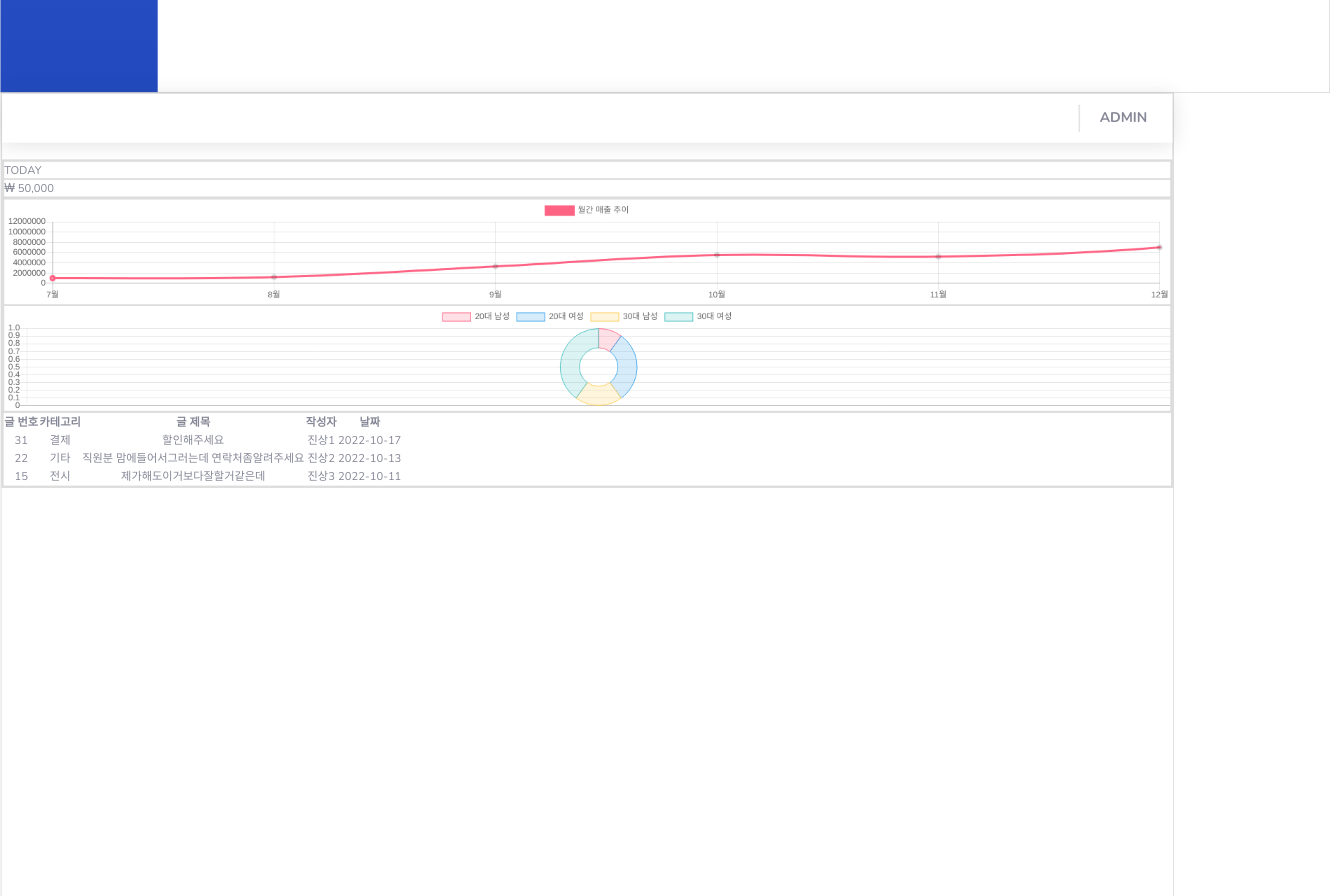
Repository: pshysd/SEMI_PROJECT
Page: http://localhost/JVArtCenter/views/admin/adminMain.jsp
An editor plug-in stored every save of this project. The page is shown before and after the next save, followed by the edit.
The browser window is 1280 px wide. The page is 1900 px wide, so the pictures cover 1900 px, including what lies to the right of the window. The pictures show the part of the page from y = 2267 to 3547 px (the page is 4797 px tall), at 70% of full size.
Some web libraries are served in a nearby version. The page is served by Tomcat 9. Nobody is signed in. The application's start-up code is not run. Other server files are loaded and not shown.

Above is the page before, as saved 2022-10-27 09:01:15.
Console error: TypeError: Cannot read properties of null (reading 'length')

### JVArtCenter/WebContent/views/admin/adminMain.jsp
<%@ page language="java" contentType="text/html; charset=UTF-8"
	pageEncoding="UTF-8"%>
<!DOCTYPE html>
<html lang="en">

<head>
<meta charset="utf-8">
<meta http-equiv="X-UA-Compatible" content="IE=edge">
<meta name="viewport"
	content="width=device-width, initial-scale=1, shrink-to-fit=no">
<meta name="description" content="">
<meta name="author" content="">

<title>JV 관리자 페이지</title>

<!-- JQuery CDN -->
<script src="http://code.jquery.com/jquery-latest.min.js"></script>

<!-- chart.js CDN (차트 api) -->
<script
	src="https://cdnjs.cloudflare.com/ajax/libs/Chart.js/2.4.0/Chart.min.js"></script>

<!-- swiper.js CDN (이미지 스와이프 api) -->
<link rel="stylesheet"
	href="https://unpkg.com/swiper/swiper-bundle.min.css" />
<!-- <script src="https://unpkg.com/swiper/swiper-bundle.min.js"></script> -->

<!-- 아이콘/글씨체 링크-->
<link href="../../resources/vendor/fontawesome-free/css/all.min.css"
	rel="stylesheet" type="text/css">
<link
	href="https://fonts.googleapis.com/css?family=Nunito:200,200i,300,300i,400,400i,600,600i,700,700i,800,800i,900,900i"
	rel="stylesheet">

<!-- CSS -->
<link href="../../resources/css/sb-admin-2.min.css" rel="stylesheet">

<style>
/* ---------- 전체 스타일 ---------- */
/* 영역 사이즈 고정 */
.wrapper {
	width: 1900px;
	/* 각자 필요한 길이만큼 height 속성값 수정해서 길이 조정 */
	height: 2400px;
}

/* 완성하면 지워야됨 */
div {
	border: 1px solid lightgrey;
}

/* 완성하면 지워야됨 */

/* 1:1문의 커서 갖다대면 바뀌는거 */
.qnaTitle:hover {
	cursor: pointer;
	font-weight: bold;
}

#content-wrapper #accordionSidebar {
	width: 224px;
}

#content-wrapper {
	width: 1676px;
}

#accordionSidebar, #content-wrapper {
	float: left;
	height: 100%;
}
</style>
</head>

<body>
	<div class="wrapper">

		<%@ include file="adminSidebar.jsp"%>

		<!-- Content Wrapper -->
		<div id="content-wrapper" class="d-flex flex-column">

			<!-- content 영역 시작 -->
			<div id="content">

				<%@ include file="adminTopbar.jsp"%>

				<div id="admin_contents">
					<!-- 첫번째 줄 // 뭔 매출이였지 일단 오늘 -->
					<div class="rows">
						<div id="today">TODAY</div>
						<div id="todayee">₩ 50,000</div>
					</div>

					<!-- 두번째 줄 // 월간 매출, 성별별 통계 -->
					<div class="rows">
						<div class="barChart">
							<canvas id="perMonth"></canvas>
						</div>
						<div class="circleChart">
							<canvas id="gender"></canvas>
						</div>
					</div>
					<!-- 차트 js영역 -->
					<script type="text/javascript">
									var lineContext = document.getElementById('perMonth')
										.getContext('2d');
									var perMonth = new Chart(lineContext, {
										type: 'line', // 차트의 형태
										data: { // 차트에 들어갈 데이터
											labels: [
												//x 축
												'7월', '8월', '9월', '10월', '11월', '12월'],
											datasets: [{ //데이터
												label: '월간 매출 추이', //차트 제목
												fill: false, // line 형태일 때, 선 안쪽을 채우는지 안채우는지
												data: [1000000, 1200000, 3300000,
													5500000, 5200000, 7000000, 12000000 //x축 label에 대응되는 데이터 값
												],
												backgroundColor: [
													//색상
													'rgba(255, 99, 132, 0.2)'],
												borderColor: [
													//경계선 색상
													'rgba(255, 99, 132, 1)'],
												//경계선 굵기
												borderWidth: 3
											}]
										},
										options: {
											maintainAspectRatio: false,
											scales: {
												yAxes: [{
													ticks: {
														beginAtZero: true
													}
												}]
											}
										}
									});
									var CircleContext = document.getElementById('gender')
										.getContext('2d');
									var gender = new Chart(CircleContext, {
										type: 'doughnut', // 차트의 형태
										data: { // 차트에 들어갈 데이터
											labels: [
												//x 축
												'20대 남성', '20대 여성', '30대 남성', '30대 여성'],
											datasets: [{ //데이터
												label: '성별별 예매율', //차트 제목
												fill: false, // line 형태일 때, 선 안쪽을 채우는지 안채우는지
												data: [10, 30, 20, 40 //x축 label에 대응되는 데이터 값
												],
												backgroundColor: [
													//색상
													'rgba(255, 99, 132, 0.2)',
													'rgba(54, 162, 235, 0.2)',
													'rgba(255, 206, 86, 0.2)',
													'rgba(75, 192, 192, 0.2)',
													'rgba(153, 102, 255, 0.2)',
													'rgba(255, 159, 64, 0.2)'],
												borderColor: [
													//경계선 색상
													'rgba(255, 99, 132, 1)',
													'rgba(54, 162, 235, 1)',
													'rgba(255, 206, 86, 1)',
													'rgba(75, 192, 192, 1)',
													'rgba(153, 102, 255, 1)',
													'rgba(255, 159, 64, 1)'],
												borderWidth: 1
												//경계선 굵기
											}]
										},
										options: {
											maintainAspectRatio: false,
											scales: {
												yAxes: [{
													ticks: {
														beginAtZero: true
													}
												}]
											}
										}
									});
								</script>
					<!-- 세번째 줄 // 답변 대기중인 1:1 문의
						-> 글 제목 클릭 시 상세페이지
					-->
					<div>
						<table style="text-align: center">
							<thead>
								<tr>
									<th>글 번호</th>
									<th>카테고리</th>
									<th>글 제목</th>
									<th>작성자</th>
									<th>날짜</th>
								</tr>
							</thead>
							<tbody>
								<tr>
									<td>31</td>
									<td>결제</td>
									<td class="qnaTitle">할인해주세요</td>
									<td>진상1</td>
									<td>2022-10-17</td>
								</tr>
								<tr>
									<td>22</td>
									<td>기타</td>
									<td class="qnaTitle">직원분 맘에들어서그러는데 연락처좀알려주세요</td>
									<td>진상2</td>
									<td>2022-10-13</td>
								</tr>
								<tr>
									<td>15</td>
									<td>전시</td>
									<td class="qnaTitle">제가해도이거보다잘할거같은데</td>
									<td>진상3</td>
									<td>2022-10-11</td>
								</tr>
							</tbody>
						</table>
					</div>

					<script>
									const qnaTitles = document.querySelectorAll('.qnaTitle');

									qnaTitles.forEach(item => {
										item.addEventListener('click', onClickHandler);
									})

									function onClickHandler(event) {
										const qno = event.currentTarget.previousElementSibling.previousElementSibling.textContent;
										console.log(qno);

										location.href="/jv/detail.qna?qno="+qno;
									}
								</script>
				</div>

			</div>
			<!-- content 영역 끝 -->
		</div>
		<!-- End of Content Wrapper -->

	</div>

	<%@ include file="adminScript.html"%>

</body>

</html>

### JVArtCenter/WebContent/views/admin/adminSidebar.jsp
<%@ page language="java" contentType="text/html; charset=UTF-8"
    pageEncoding="UTF-8"%>
<!-- 사이드메뉴바 -->
<ul class="navbar-nav bg-gradient-primary sidebar sidebar-dark accordion" id="accordionSidebar">

    <!-- Sidebar - Brand -->
    <a class="sidebar-brand d-flex align-items-center justify-content-center" href="index.html">

        <div class="sidebar-brand-text mx-3">JV artcenter admin</div>
    </a>
    <div class="sidebar-brand-icon rotate-n-15">
    </div>
    <!-- Divider -->
    <hr class="sidebar-divider my-0">



    <!-- 전시관리 메뉴 -->
    <li class="nav-item">
        <a class="nav-link collapsed" href="" data-toggle="collapse" data-target="#collapseTwo"
            aria-expanded="true" aria-controls="collapseTwo">
            <i class="fas fa-fw fa-cog"></i>
            <span>전시관리</span>
        </a>
        <div id="collapseTwo" class="collapse" aria-labelledby="headingTwo" data-parent="#accordionSidebar">
            <div class="bg-white py-2 collapse-inner rounded">
                <a class="collapse-item" href="">전시 목록</a>
                <a class="collapse-item" href="">전시 추가</a>
            </div>
        </div>
    </li>



    <!-- 회원관리 메뉴 -->
    <li class="nav-item">
        <a class="nav-link collapsed" href="" data-toggle="collapse" data-target="#collapseUtilities"
            aria-expanded="true" aria-controls="collapseUtilities">
            <i class="fas fa-fw fa-wrench"></i>
            <span>회원관리</span>
        </a>
        <div id="collapseUtilities" class="collapse" aria-labelledby="headingUtilities"
            data-parent="#accordionSidebar">
            <div class="bg-white py-2 collapse-inner rounded">

                <a class="collapse-item" href="">회원 정보 조회</a>

            </div>
        </div>
    </li>



    <!-- 서비스관리 메뉴 -->
    <li class="nav-item">
        <a class="nav-link collapsed" href="" data-toggle="collapse" data-target="#collapsePages"
            aria-expanded="true" aria-controls="collapsePages">
            <i class="fas fa-fw fa-folder"></i>
            <span>서비스관리</span>
        </a>
        <div id="collapsePages" class="collapse" aria-labelledby="headingPages" data-parent="#accordionSidebar">
            <div class="bg-white py-2 collapse-inner rounded">
                <h6 class="collapse-header">Login Screens:</h6>
                <a class="collapse-item" href="">공지사항 목록</a>
                <a class="collapse-item" href="">뉴스레터 목록</a>
                <a class="collapse-item" href="">1대1문의 목록</a>
                <a class="collapse-item" href="">리뷰목록</a>
            </div>
        </div>
    </li>

    <!--예매/결제관리 메뉴-->
    <li class="nav-item">
        <a class="nav-link collapsed" href="" data-target="#collapseTwo"
            aria-expanded="true" aria-controls="collapseTwo">
            <i class="fas fa-fw fa-cog"></i>
            <span>예매결제관리</span>
        </a>
    </li>

    <!-- 통계 >메뉴로 넣을지 메인에 넣을지 고민중-->
    <li class="nav-item">
        <a class="nav-link" href="">
            <i class="fas fa-fw fa-chart-area"></i>
            <span>통계관리</span></a>
    </li>

    <!-- Divider -->
    <hr class="sidebar-divider d-none d-md-block">

    <!-- Sidebar Toggler (Sidebar) -->
    <div class="text-center d-none d-md-inline">
        <button class="rounded-circle border-0" id="sidebarToggle"></button>
    </div>

</ul>
<!-- 사이드메뉴바 끝 -->

### JVArtCenter/WebContent/views/admin/adminTopbar.jsp
<%@ page language="java" contentType="text/html; charset=UTF-8"
    pageEncoding="UTF-8"%>
<!-- 상단바 -->
<nav class="navbar navbar-expand navbar-light bg-white topbar mb-4 static-top shadow" id="adminTopbar">

    <!-- Sidebar Toggle (Topbar) -->
    <button id="sidebarToggleTop" class="btn btn-link d-md-none rounded-circle mr-3">
        <i class="fa fa-bars"></i>
    </button>

    <ul class="navbar-nav ml-auto">
        <div class="topbar-divider d-none d-sm-block"></div>

        <!-- 관리자 아이콘 -->
        <li class="nav-item dropdown no-arrow">
            <a class="nav-link dropdown-toggle" href="#" id="userDropdown" role="button"
                data-toggle="dropdown" aria-haspopup="true" aria-expanded="false">
                <span class="mr-2 d-none d-lg-inline text-gray-600 small" style="margin-right: 30px; font-size: 20px;"><b>ADMIN</b></span>
            </a>
        </li>
    </ul>
</nav>
<!-- 상단바 끝-->

### JVArtCenter/WebContent/views/admin/adminScript.html
<!-- Bootstrap core JavaScript-->
<script src="../../resources/vendor/jquery/jquery.min.js"></script>
<script src="../../resources/vendor/bootstrap/js/bootstrap.bundle.min.js"></script>

<!-- Core plugin JavaScript-->
<script src="../../resources/vendor/jquery-easing/jquery.easing.min.js"></script>

<!-- Custom scripts for all pages-->
<script src="../../resources/js/sb-admin-2.min.js"></script>

<!-- Page level plugins -->
<script src="../../resources/vendor/chart.js/Chart.min.js"></script>

<!-- Page level custom scripts -->
<script src="../../resources/js/demo/chart-area-demo.js"></script>
<script src="../../resources/js/demo/chart-pie-demo.js"></script>

Loaded but not shown: JVArtCenter/WebContent/resources/css/sb-admin-2.min.css (library); JVArtCenter/WebContent/resources/js/sb-admin-2.min.js (common file); JVArtCenter/WebContent/resources/js/demo/chart-area-demo.js (common file); JVArtCenter/WebContent/resources/js/demo/chart-pie-demo.js (common file)

After the next save:
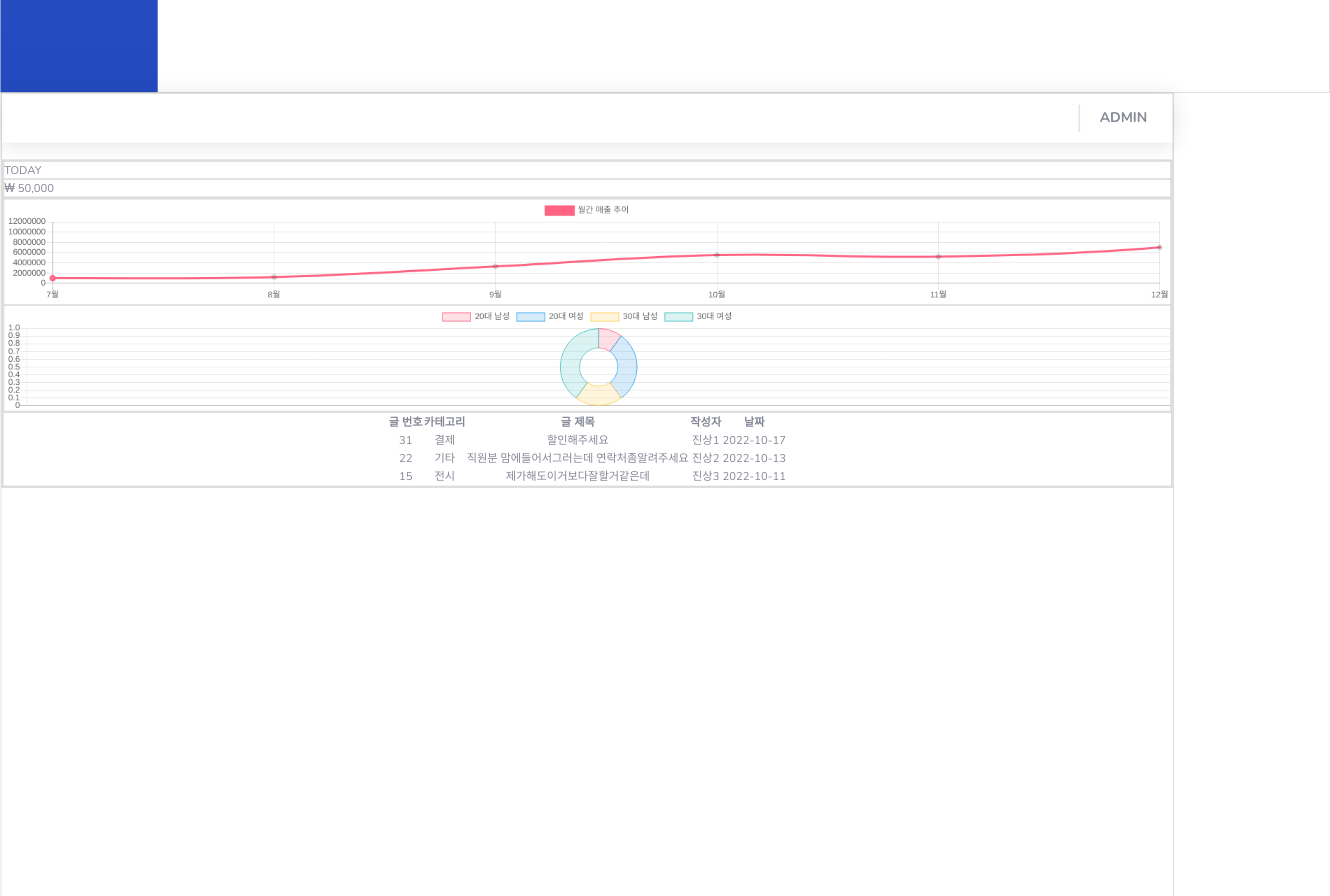
Saved 6 min 31 s later.
--- a/JVArtCenter/WebContent/views/admin/adminMain.jsp
+++ b/JVArtCenter/WebContent/views/admin/adminMain.jsp
@@ -187,7 +187,7 @@ div {
 						-> 글 제목 클릭 시 상세페이지
 					-->
 					<div>
-						<table style="text-align: center">
+						<table style="text-align: center; margin: auto;">
 							<thead>
 								<tr>
 									<th>글 번호</th>
@@ -232,11 +232,10 @@ div {
 
 									function onClickHandler(event) {
 										const qno = event.currentTarget.previousElementSibling.previousElementSibling.textContent;
-										console.log(qno);
 
 										location.href="/jv/detail.qna?qno="+qno;
 									}
-								</script>
+					</script>
 				</div>
 
 			</div>
